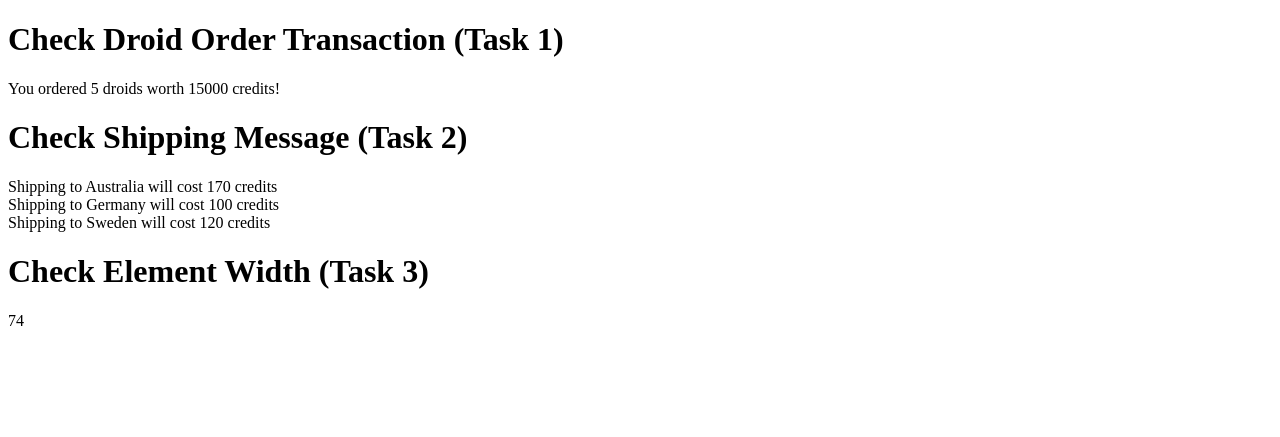
Repository: SvitSh/goit-js-hw-01
Page: index.html
The author's editor kept a copy of each file at every save. The page is drawn from the files as they stood at one save, then again after the next save.
The browser window is 1280 px wide. The pictures show the whole page.

Above is the page before, as saved 2025-03-23 22:12:53.

After the next save:
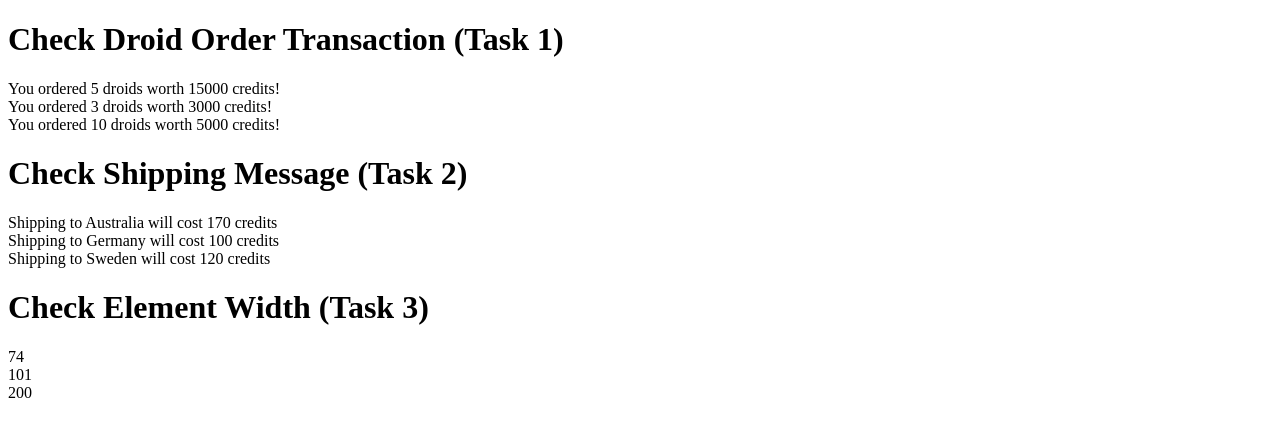
Saved 64 s later.
--- a/index.html
+++ b/index.html
@@ -24,18 +24,20 @@
     <script src="js/task-3.js"></script>
 
     <script>
-      // Вызов функции для первой задачи
+      // Вызов функции для первой задачи и вывод в элемент
       document.getElementById('result1').innerText = makeTransaction(5, 3000);
+      document.getElementById('result1').innerText += '\n' + makeTransaction(3, 1000);
+      document.getElementById('result1').innerText += '\n' + makeTransaction(10, 500);
 
-      // Вызов функции для второй задачи
-      const shippingMessage1 = getShippingMessage("Australia", 120, 50);
-      const shippingMessage2 = getShippingMessage("Germany", 80, 20);
-      const shippingMessage3 = getShippingMessage("Sweden", 100, 20);
+      // Вызов функции для второй задачи и вывод в элемент
+      document.getElementById('result2').innerText = getShippingMessage("Australia", 120, 50);
+      document.getElementById('result2').innerText += '\n' + getShippingMessage("Germany", 80, 20);
+      document.getElementById('result2').innerText += '\n' + getShippingMessage("Sweden", 100, 20);
 
-      document.getElementById('result2').innerText = shippingMessage1 + '\n' + shippingMessage2 + '\n' + shippingMessage3;
-
-      // Вызов функции для третьей задачи
+      // Вызов функции для третьей задачи и вывод в элемент
       document.getElementById('result3').innerText = getElementWidth("50px", "8px", "4px");
+      document.getElementById('result3').innerText += '\n' + getElementWidth("60px", "12px", "8.5px");
+      document.getElementById('result3').innerText += '\n' + getElementWidth("200px", "0px", "0px");
     </script>
   </body>
 </html>
